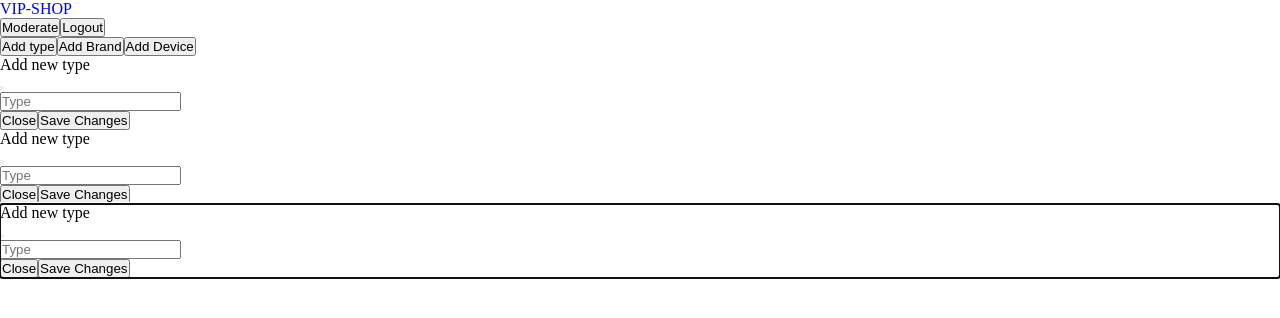
Repository: Mirsmog/VIP-SHOP
Page: /admin (app in client/)
An editor plug-in stored every save of this project. The page is shown before and after the next save, followed by the edit.
The browser window is 1280 px wide. The pictures show the whole page.
The project was rebuilt for these pictures with package versions that can differ from the ones it lists, and the page was loaded fresh each time. Also part of the build but not shown: client/vite.config.js, client/src/pages/Auth.jsx, client/src/pages/DevicePage.jsx, client/src/components/TypeBar.jsx, client/src/components/BrandBar.jsx, client/src/components/DeviceItem.jsx, client/src/components/DeviceList.jsx, client/src/pages/Shop.jsx and 1 more.

Above is the page before, as saved 2023-11-04 16:52:48.

After the next save:
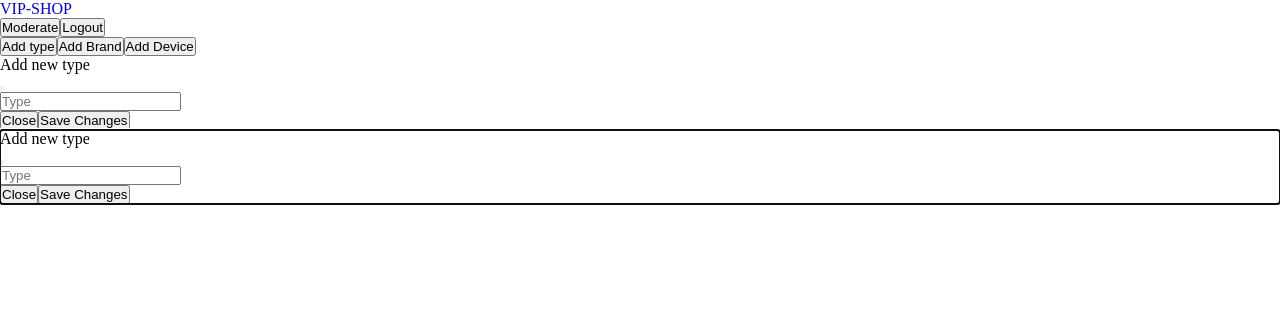
Saved 47 s later.
--- a/client/src/pages/Admin.jsx
+++ b/client/src/pages/Admin.jsx
@@ -20,9 +20,9 @@ function Admin() {
       <Button variant='outline-dark' className='mt-4 p-2'>
         Add Device
       </Button>
-      <CreateBrand />
-      <CreateType show={true} />
-      <CreateDevice />
+      <CreateBrand show={brandVisible} />
+      <CreateType show={typeVisible} />
+      <CreateDevice show={deviceVisible} />
     </Container>
   );
 }
